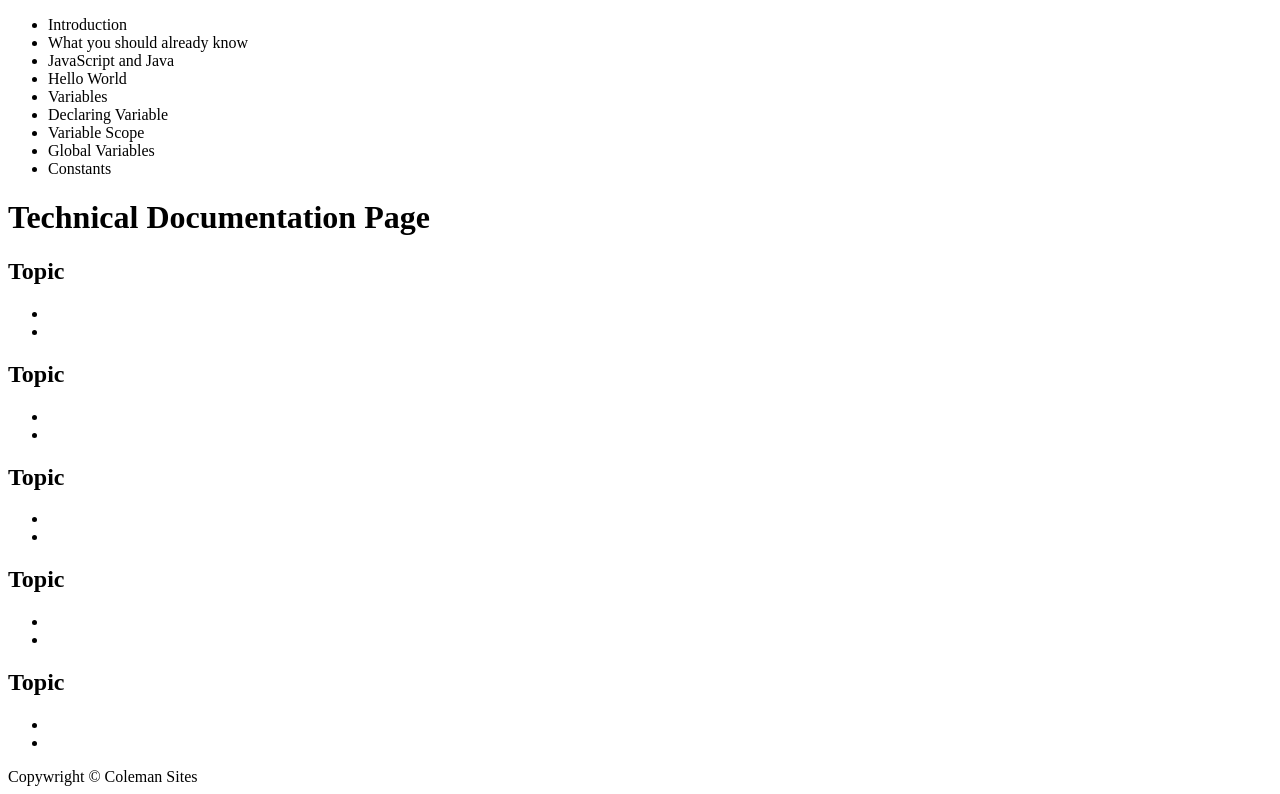
Repository: ctcoleman/technicalDocumentationPage
Page: index.html
These files come from the project's save history. The page is drawn as it stood at one moment and after the next save; the edit follows.
The browser window is 1280 px wide. The pictures show the whole page.

Above is the page before, as saved 2020-07-09 21:42:11.

After the next save:
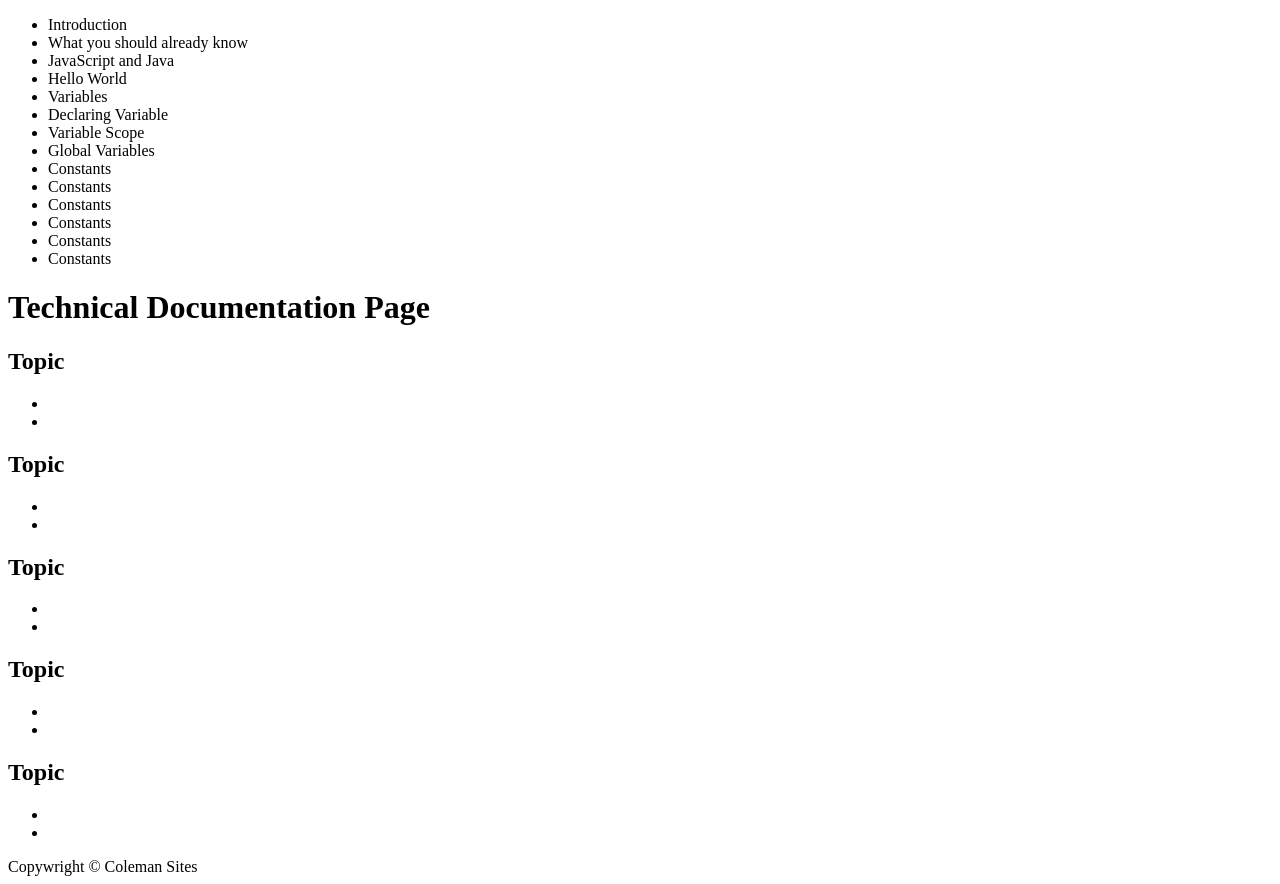
Saved 6 s later.
--- a/index.html
+++ b/index.html
@@ -28,6 +28,21 @@
       </li>
       <li>
         <a>Global Variables</a>
+      </li>
+      <li>
+        <a>Constants</a>
+      </li>
+      <li>
+        <a>Constants</a>
+      </li>
+      <li>
+        <a>Constants</a>
+      </li>
+      <li>
+        <a>Constants</a>
+      </li>
+      <li>
+        <a>Constants</a>
       </li>
       <li>
         <a>Constants</a>
